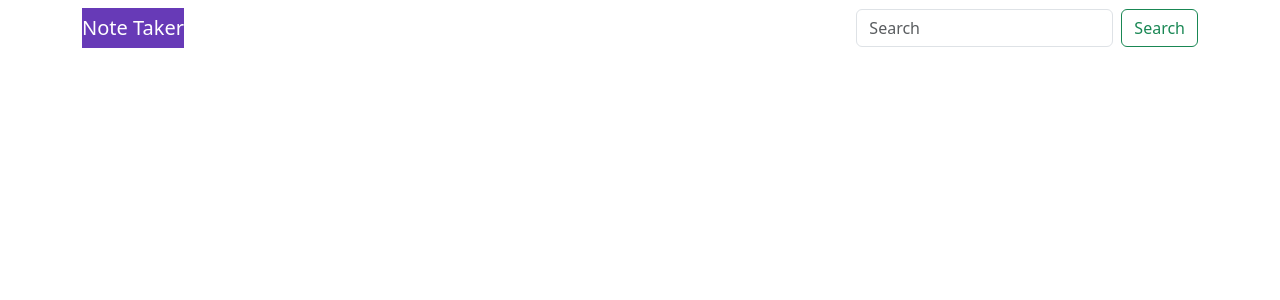
Repository: ArbabAdnan/hibernate
Page: http://localhost/NoteTaker/
An editor plug-in stored every save of this project. The page is shown before and after the next save, followed by the edit.
The browser window is 1280 px wide. The pictures show the whole page.
The page is served by Tomcat 9.

Above is the page before, as saved 2023-02-11 14:10:16.

After the next save:
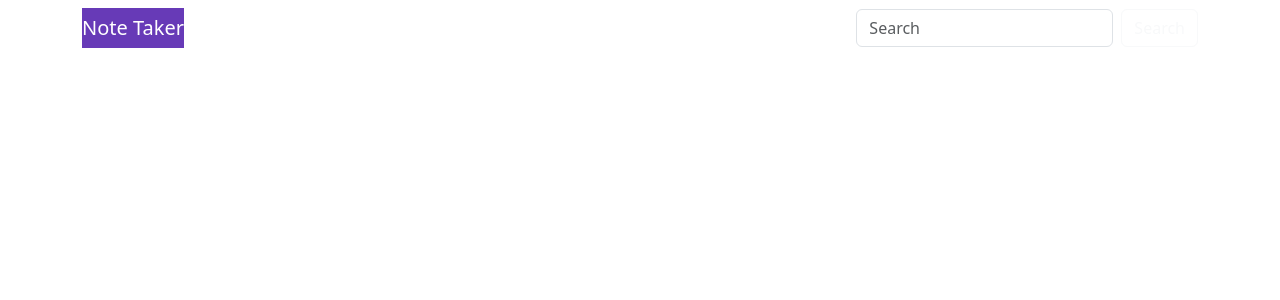
Saved 35 s later.
--- a/NoteTaker/src/main/webapp/navbar.jsp
+++ b/NoteTaker/src/main/webapp/navbar.jsp
@@ -19,7 +19,7 @@
       </ul>
       <form class="d-flex" role="search">
         <input class="form-control me-2" type="search" placeholder="Search" aria-label="Search">
-        <button class="btn btn-outline-success" type="submit">Search</button>
+        <button class="btn btn-outline-light" type="submit">Search</button>
       </form>
     </div>
 
